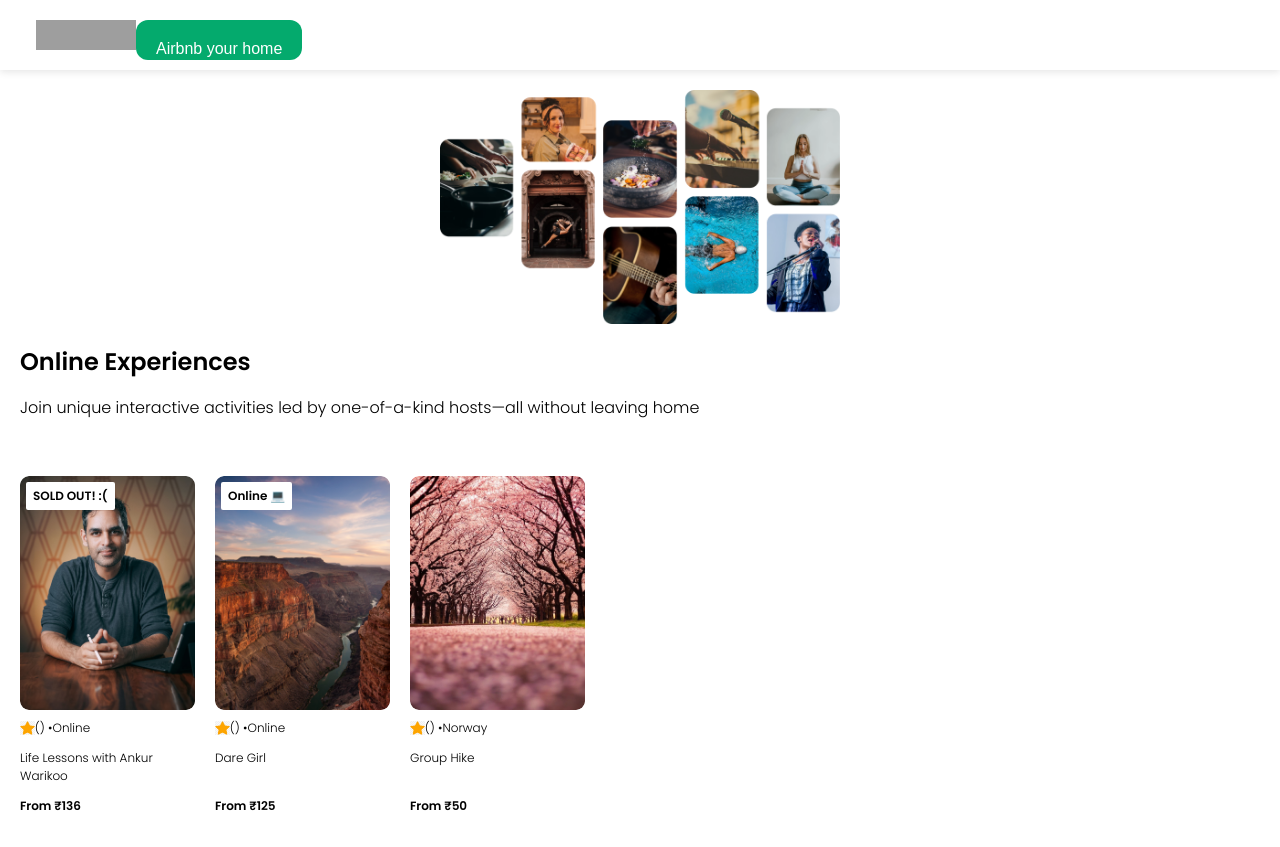
Repository: Sundaram-2001/Airbnb-experience
Page: /
An editor plug-in stored every save of this project. The page is shown before and after the next save, followed by the edit.
The browser window is 1280 px wide. The pictures show the whole page.
Pictures or frames that could not be fetched are drawn as grey boxes. The project was rebuilt for these pictures with package versions that can differ from the ones it lists, and the page was loaded fresh each time.

Above is the page before, as saved 2023-01-26 00:08:19.

After the next save:
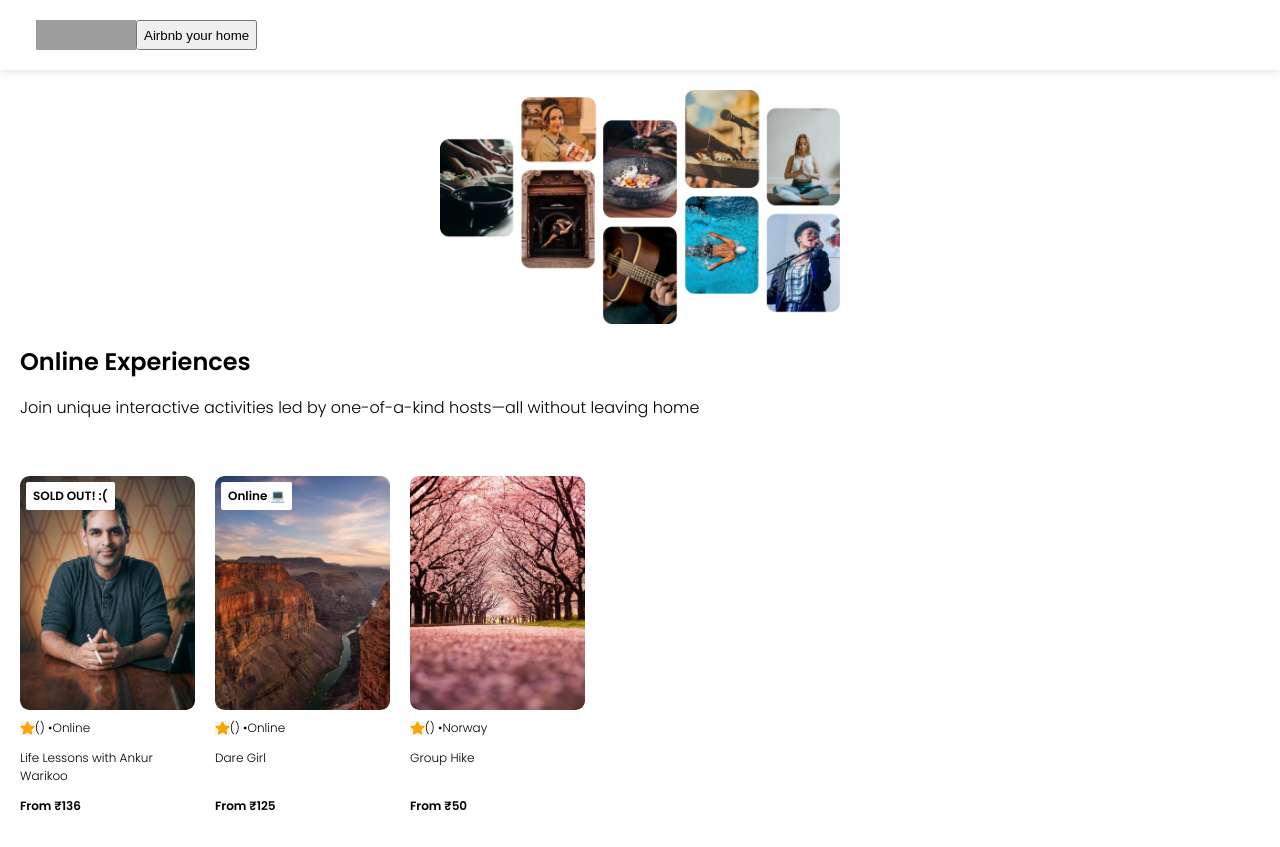
Saved 16 s later.
--- a/public/styles.css
+++ b/public/styles.css
@@ -7,16 +7,7 @@
     font-family: 'Poppins', sans-serif;
 }
 button {
-    background-color: #04AA6D;
-    border: none;
-    color: white;
-    padding: 20px;
-    text-align: center;
-    text-decoration: none;
-    display: inline-block;
-    font-size: 16px;
-    margin-bottom: 100px;
-    border-radius: 12px;
+
   }
 
 nav {
